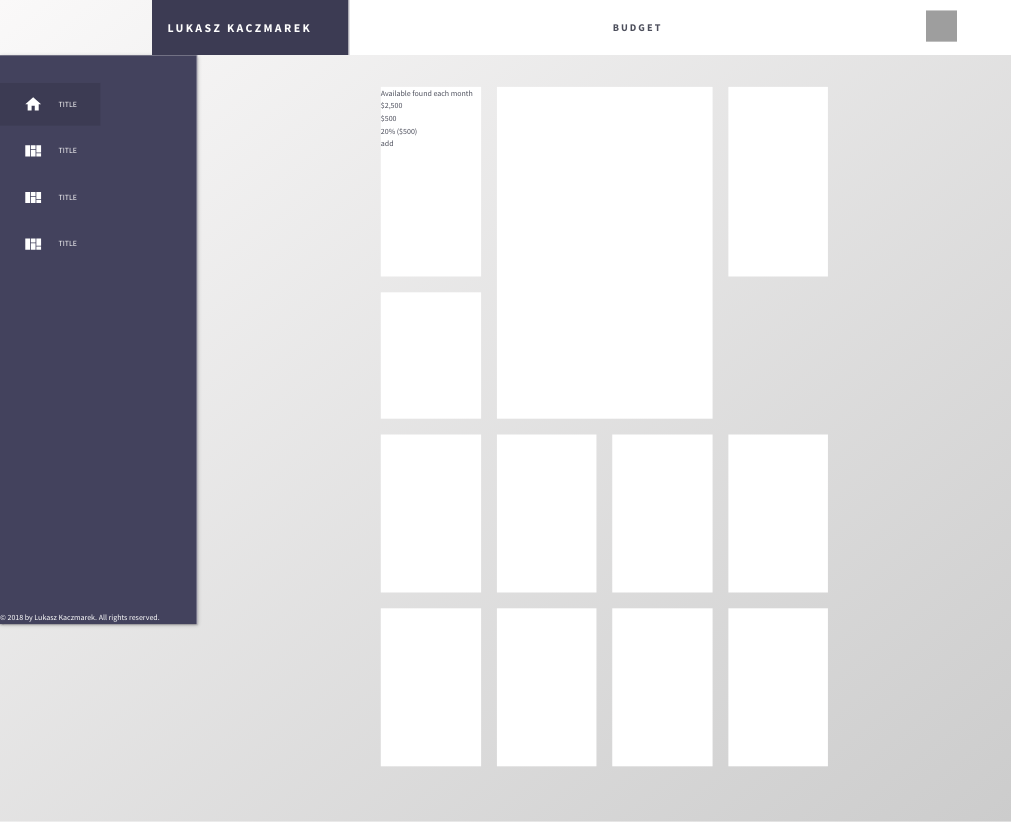
Repository: Archezi/BudgetApplication
Page: index.html
These files come from the project's save history. The page is drawn as it stood at one moment and after the next save; the edit follows.
The browser window is 1280 px wide. The pictures show the whole page, at 79% of full size.
Pictures or frames that could not be fetched are drawn as grey boxes. The style sheet was rebuilt from its Sass, Less or Tailwind sources for each picture, by a compiler version that may differ from the author's.

Above is the page before, as saved 2018-08-29 17:47:34.

After the next save:
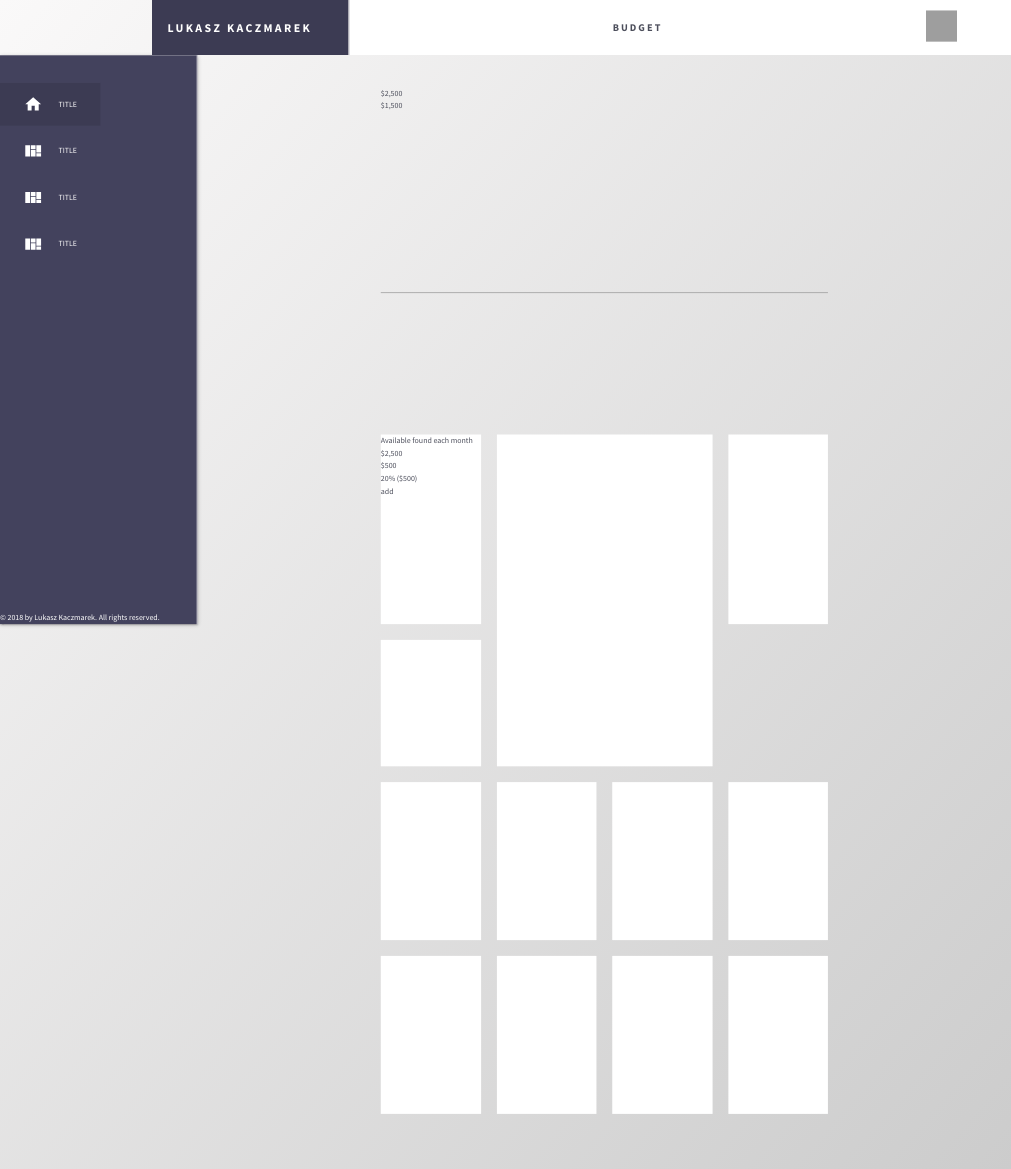
Saved 27 min 20 s later.
--- a/index.html
+++ b/index.html
@@ -75,6 +75,26 @@
             </nav>
 
             <div class="main">
+
+                <div class="overview">
+                    <div class="total__available-founds"></div>
+                    <div class="total__income">$2,500</div>
+                    <div class="total__expenses">$1,500</div>
+                </div>
+
+                <div class="add__container ">
+                    <div class="input-field">
+                        <select class="add__type">
+                            <option value="" disabled selected>Select</option>
+                            <option value="inc">Income</option>
+                            <option value="exp">-</option>
+                        </select>
+                    </div>
+
+                    <input type="text">
+                </div>
+
+
                 <div class="budget">
                     <div class="available-founds-panel">
                         <div class="available-founds__title">Available found each month</div>
@@ -86,7 +106,6 @@
                         </div>
                     </div>
                     <div class="income-panel">
-
                     </div>
                     <div class="history-panel"></div>
                     <div class="expenses-panel"></div>
